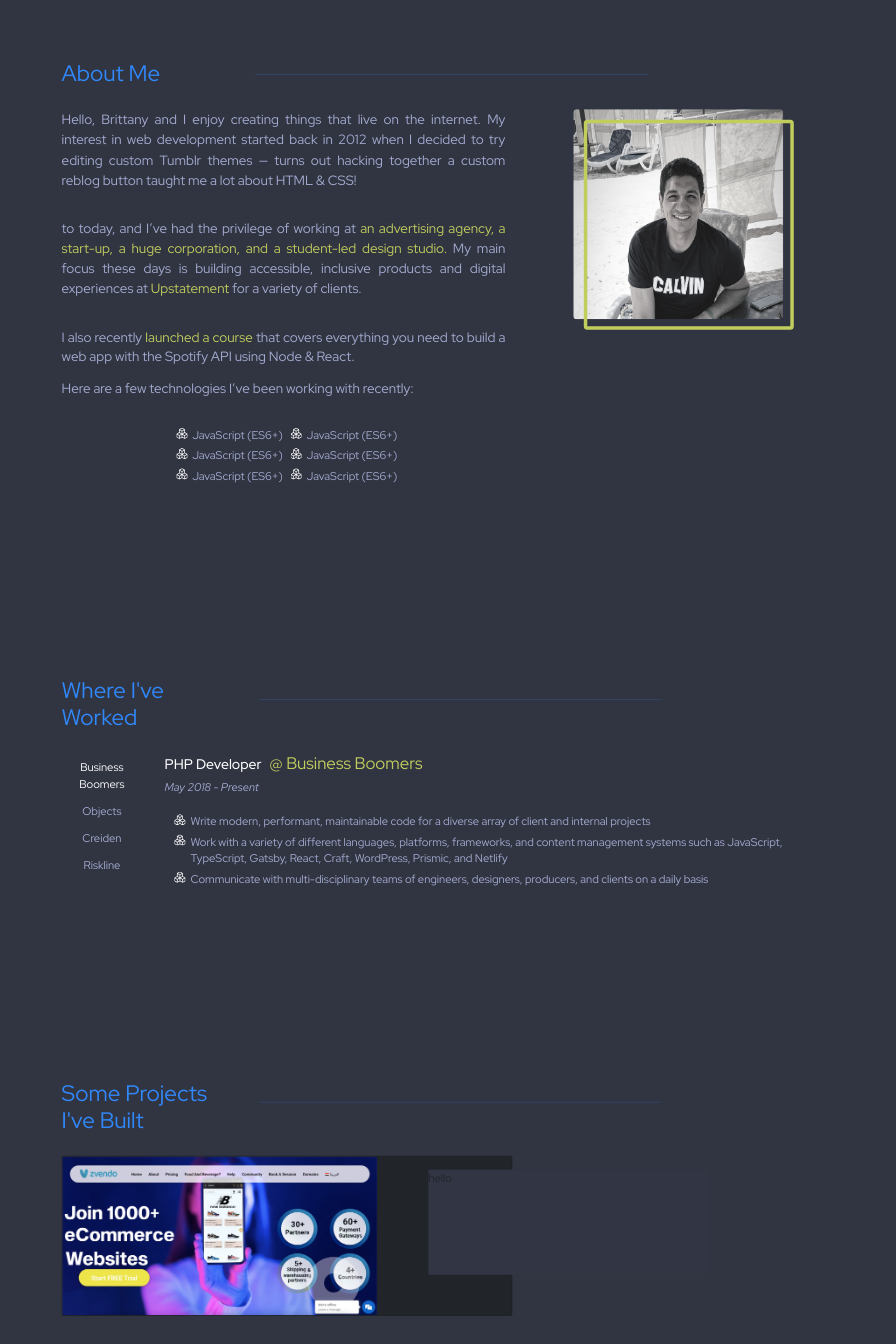
Repository: aya7abbal/Talaat-s-Portfolio
Page: index.html
The author's editor kept a copy of each file at every save. The page is drawn from the files as they stood at one save, then again after the next save.
The browser window is 1280 px wide. The pictures show the part of the page from y = 800 to 2720 px (the page is 2720 px tall), at 70% of full size.
Some web libraries are served in a nearby version. The style sheet was rebuilt from its Sass, Less or Tailwind sources for each picture, by a compiler version that may differ from the author's.

Above is the page before, as saved 2022-02-07 19:03:06.

After the next save:
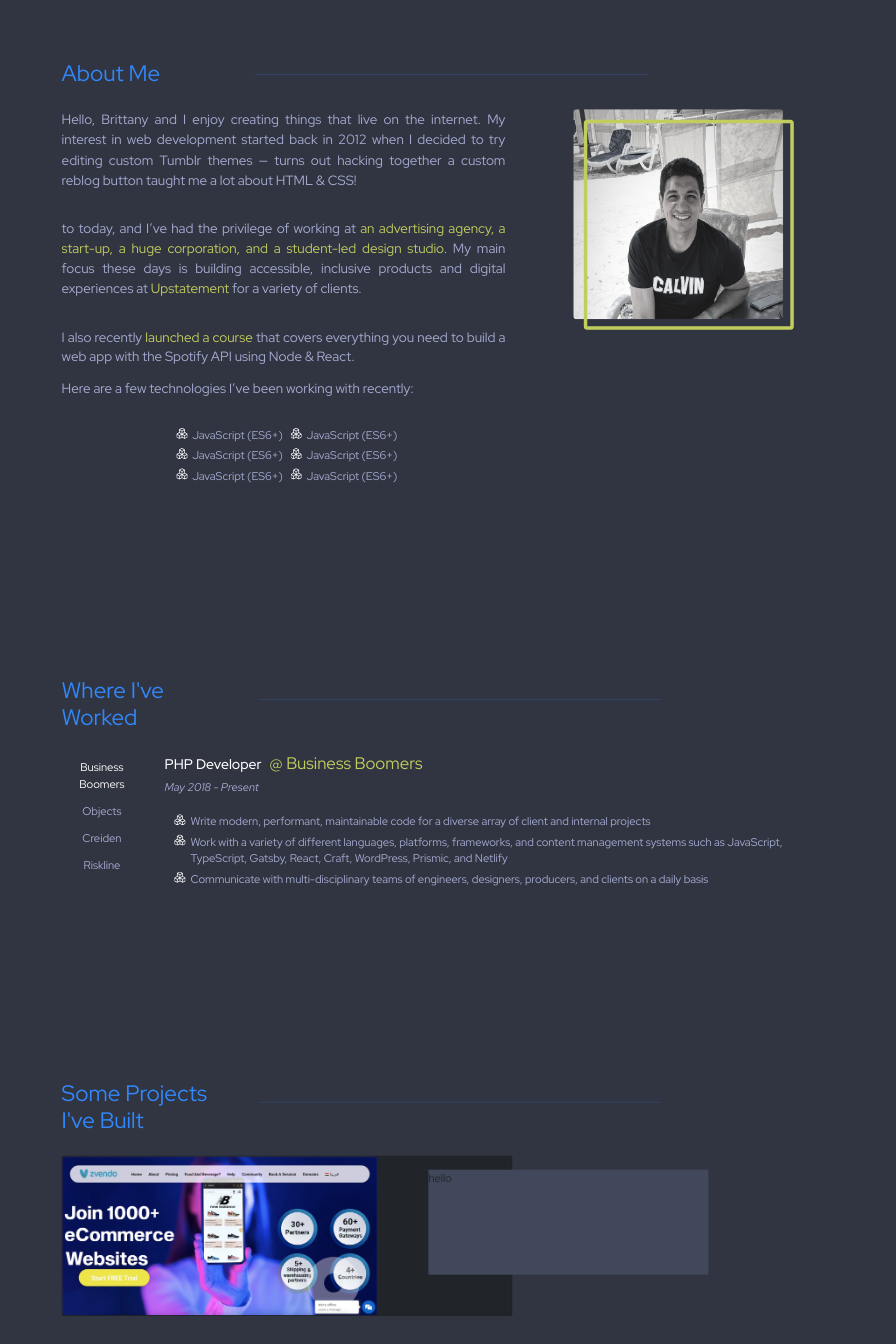
Saved 5 s later.
--- a/styles/variables/_colors.scss
+++ b/styles/variables/_colors.scss
@@ -1,6 +1,6 @@
 :root{
     --navy:#313441;
-    --lnavy:#313544;
+    --lnavy:#42485c;
     --lgreen:#c1ce5e;
     --grey:#A4A6BF;
     --bblue:hsl(220, 47%, 62%);
